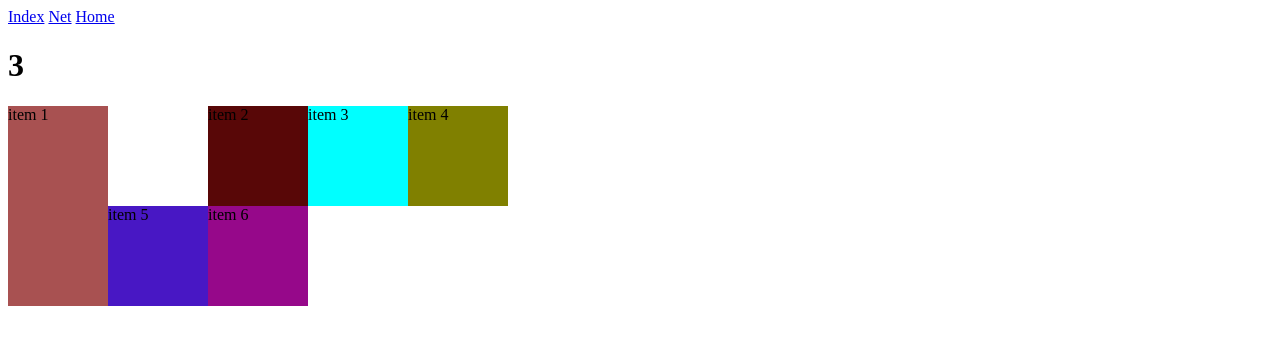
Repository: Nguyen-Toan-2004/du-an-test
Page: product.htm
An editor plug-in stored every save of this project. The page is shown before and after a run of saves, followed by the edit.
The browser window is 1280 px wide. The pictures show the whole page.

Above is the page before, as saved 2025-10-22 19:50:22.

After the next 13 saves:
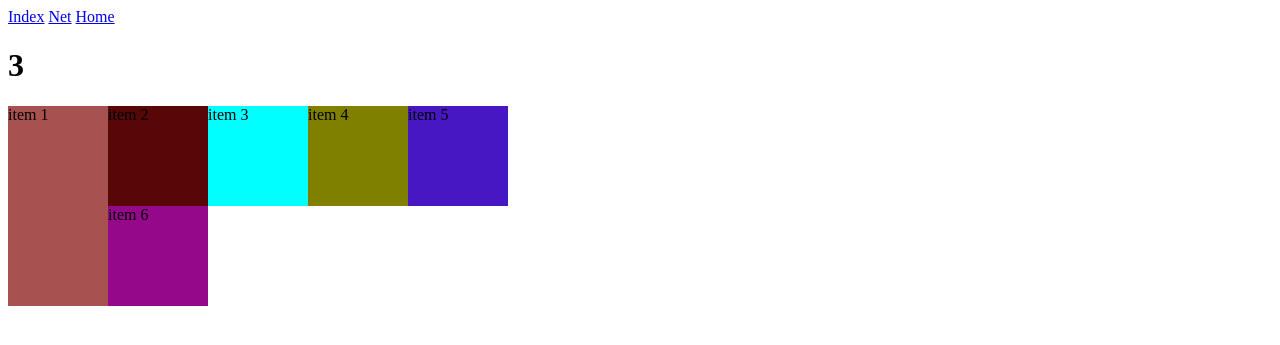
The 13 saves are shown as one change because they came seconds apart.
The last was saved 25 s later.
--- a/product.htm
+++ b/product.htm
@@ -29,7 +29,8 @@
       }
       .box2{
         background: #580707;
-        grid-column-start: 3;
+        grid-column-start:2 ;
+        grid-column-end: 3;
 
       }
       .box3{
